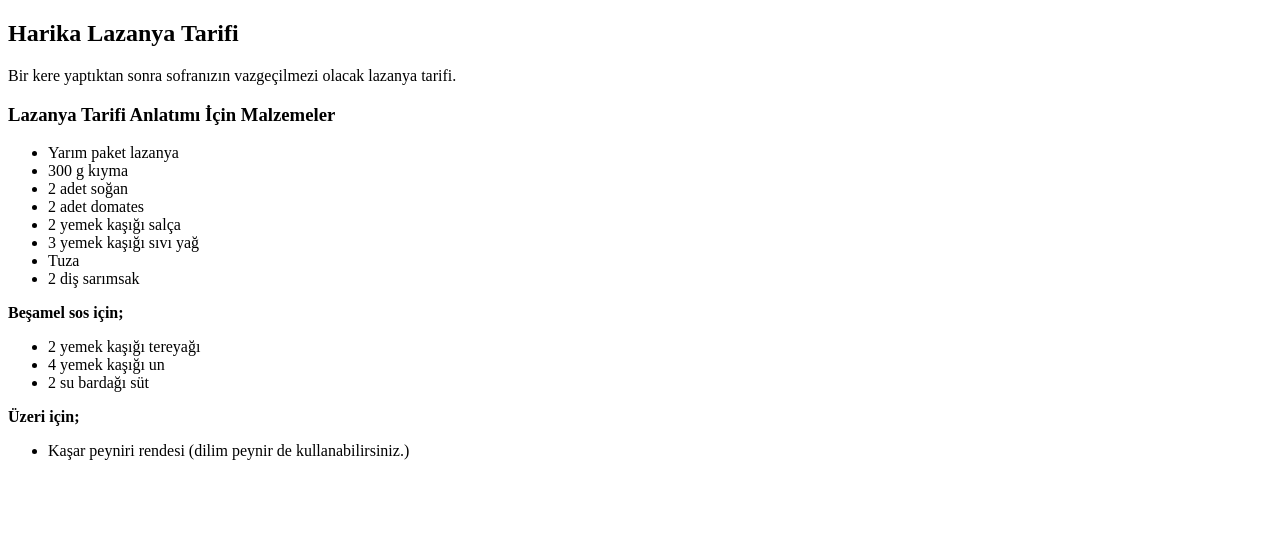
Repository: rizacantire/html
Page: Odev3/index.html
These files come from the project's save history. The page is drawn as it stood at one moment and after the next save; the edit follows.
The browser window is 1280 px wide. The pictures show the whole page.

Above is the page before, as saved 2021-12-07 00:00:50.

After the next save:
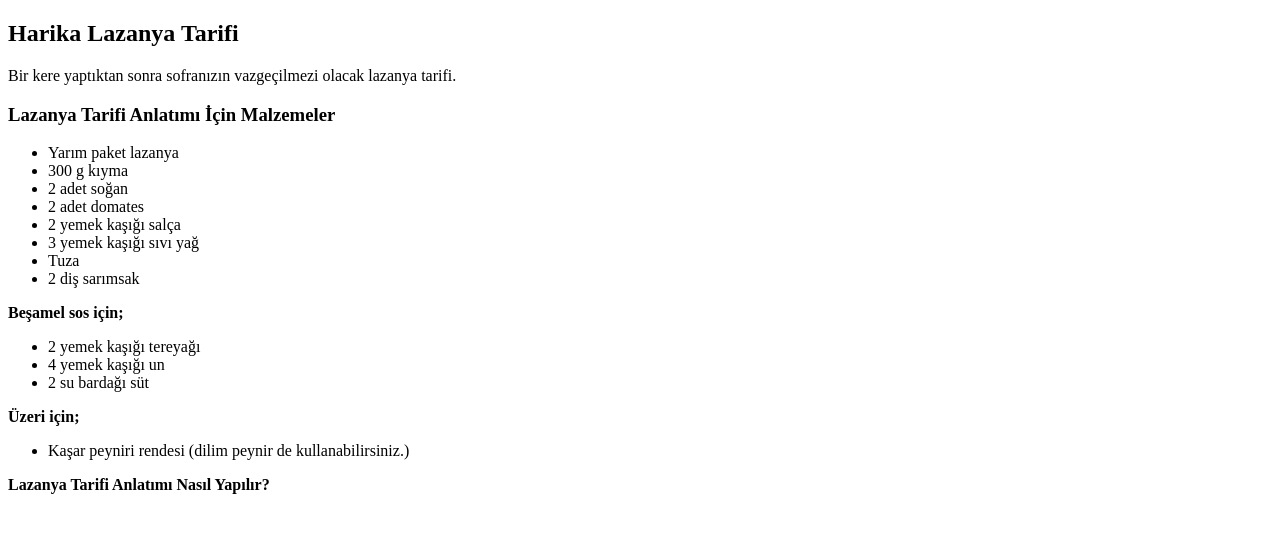
Saved 25 s later.
--- a/Odev3/index.html
+++ b/Odev3/index.html
@@ -47,6 +47,9 @@
 
 
         </article>
+        <article>
+            <b>Lazanya Tarifi Anlatımı Nasıl Yapılır?</b>
+        </article>
         <!-- Articles - End -->
     </section>
     <!-- Content - End -->
